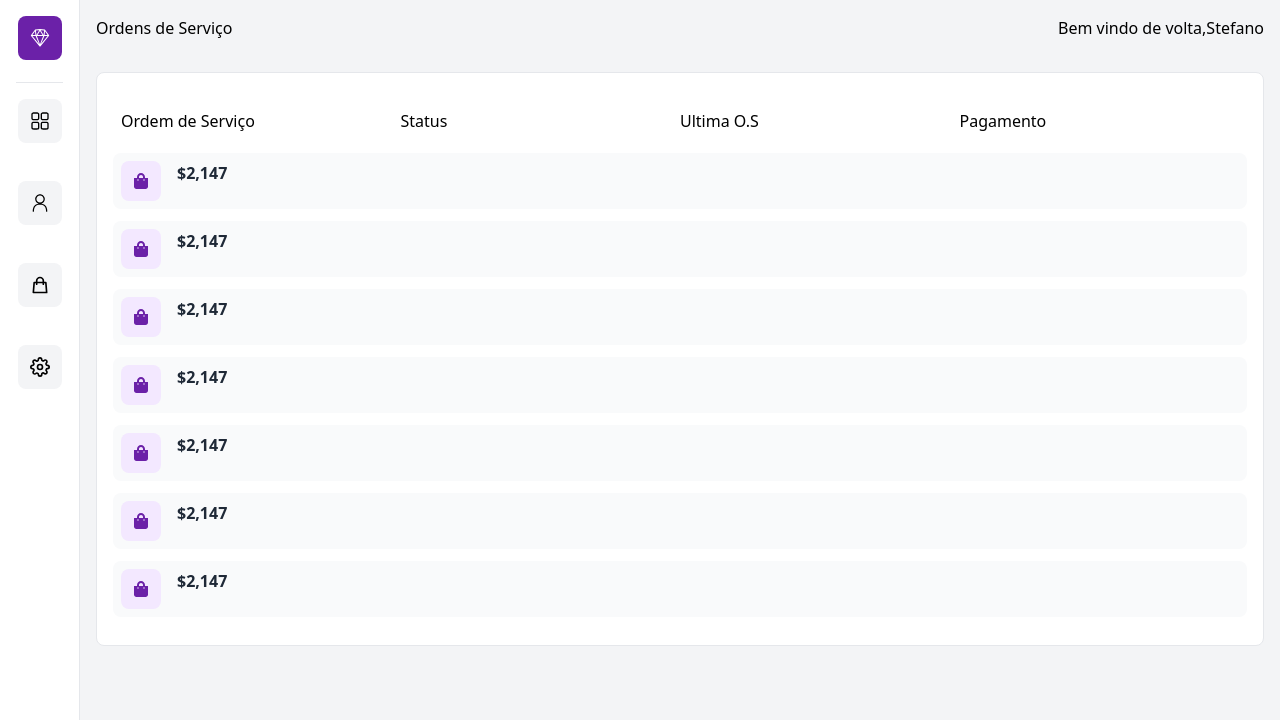
Repository: stefanosousaa/dashboard-next13
Page: /orders
These files come from the project's save history. The page is drawn as it stood at one moment and after the next save; the edit follows.
The browser window is 1280 px wide. The pictures show the whole page.
The project was rebuilt for these pictures with package versions that can differ from the ones it lists, and the page was loaded fresh each time. The framework's server and built-in components were replaced by stand-ins that run in the browser. Also part of the build but not shown: next.config.js.

Above is the page before, as saved 2023-05-18 18:32:03.

### pages/_app.js
import Sidebar from '@/components/Sidebar'
import '@/styles/globals.css'

export default function App({ Component, pageProps }) {
  return (
    <Sidebar>
        <Component {...pageProps} />
    </Sidebar>

  )
}

### pages/orders.jsx
import React from 'react'
import { FaShoppingBag } from 'react-icons/fa'
import {data} from '../data/data.js'

const orders = () => {
  return (
    <div className='bg-gray-100 min-h-screen'>
        <div className='flex justify-between p-4'>
            <h2>Ordens de Serviço</h2>
            <h2>Bem vindo de volta,Stefano</h2>
        </div>
        <div className='p-4'>
            <div className='w-full m-auto p-4 border rounded-lg bg-white overflow-y-auto'>
              <div className='my-3 p-2 grid md:grid-cols-4 sm:grid-cols-3 grid-cols-2 items-center justify-between cursor-pointer'>
                <span>Ordem de Serviço</span>
                <span className='sm:text-left text-right'>Status</span>
                <span className='hidden md:grid'>Ultima O.S</span>
                <span className='hidden sm:grid'>Pagamento</span>
              </div>
              <ul>
                {data.map((order,id) => (
                    <li key={id} className='bg-gray-50 hover:bg-gray-100 rounded-lg my-3 p-2 grid md:grid-cols-4 sm:grid-cols-3 grid-cols-2 items-center justify-between cursor-pointer'>
                      <div className='flex'>
                          <div className='bg-purple-100 p-3 rounded-lg'>
                             <FaShoppingBag className='text-purple-800'/>
                           </div>
                        <div className='pl-4'>
                            <p className='text-gray-800 font-bold'>${order.total.toLocaleString()}</p>
                        </div>
                        </div>


                    </li>
                ))}
              </ul>
            </div>
        </div>
    </div>
  )
}

export default orders

### components/Sidebar.jsx
import Link from 'next/link'
import Image from 'next/image'
import React from 'react'
import {RxSketchLogo,RxDashboard, RxPerson} from 'react-icons/rx'
import {FiSettings} from 'react-icons/fi'
import {HiOutlineShoppingBag} from 'react-icons/hi'

const Sidebar = ({children}) => {
  return (
    <div className='flex'>
        <div className='fixed w-20 h-screen p-4 bg-white border-r-[1px] flex flex-col justify-between'>
        <div className='flex flex-col items-center'>

          <Link href='/'>
            <div className='bg-purple-800 text-white p-3 rounded-lg inline-block'>
              <RxSketchLogo size={20}/>
            </div>
          </Link>
          <span className='border-b-[1px] border-gray-200 w-full p-2'></span>
          <Link href='/'>
            <div className='bg-gray-100 hover:bg-gray-200 cursor-pointer my-4 p-3 rounded-lg inline-block'>
              <RxDashboard size={20}/>
            </div>
          </Link>
          <Link href='/costumers'>
            <div className='bg-gray-100 hover:bg-gray-200 cursor-pointer my-4 p-3 rounded-lg inline-block'>
              <RxPerson size={20}/>
            </div>
          </Link>
          <Link href='/orders'>
            <div className='bg-gray-100 hover:bg-gray-200 cursor-pointer my-4 p-3 rounded-lg inline-block'>
              <HiOutlineShoppingBag size={20}/>
            </div>
          </Link>
          <Link href='/'>
            <div className='bg-gray-100 hover:bg-gray-200 cursor-pointer my-4 p-3 rounded-lg inline-block'>
              <FiSettings size={20}/>
            </div>
          </Link>
        </div>
        </div>

        <main className='ml-20 w-full'>{children}</main>
    </div>
  )
}

export default Sidebar

### data/data.js
export const data = [
    {
        id:1,
        name: {
            first: 'Stefano',
            last: 'Sousa',
        },
        total: 2147.00,
        status: 'On Hold',
        method: 'PayPal',
        date: '15 minutos atrás',
    },
    {
        id:2,
        name: {
            first: 'Stefano',
            last: 'Sousa',
        },
        total: 2147.00,
        status: 'On Hold',
        method: 'PayPal',
        date: '15 minutos atrás',
    },
    {
        id:3,
        name: {
            first: 'Stefano',
            last: 'Sousa',
        },
        total: 2147.00,
        status: 'On Hold',
        method: 'PayPal',
        date: '15 minutos atrás',
    },
    {
        id:4,
        name: {
            first: 'Stefano',
            last: 'Sousa',
        },
        total: 2147.00,
        status: 'On Hold',
        method: 'PayPal',
        date: '15 minutos atrás',
    },
    {
        id:5,
        name: {
            first: 'Stefano',
            last: 'Sousa',
        },
        total: 2147.00,
        status: 'On Hold',
        method: 'PayPal',
        date: '15 minutos atrás',
    },
    {
        id:6,
        name: {
            first: 'Stefano',
            last: 'Sousa',
        },
        total: 2147.00,
        status: 'On Hold',
        method: 'PayPal',
        date: '15 minutos atrás',
    },
    {
        id:7,
        name: {
            first: 'Stefano',
            last: 'Sousa',
        },
        total: 2147.00,
        status: 'On Hold',
        method: 'PayPal',
        date: '15 minutos atrás',
    },
]

Loaded but not shown: pages/_document.js (common file); styles/globals.css (common file); tailwind.config.js (common file)

After the next save:
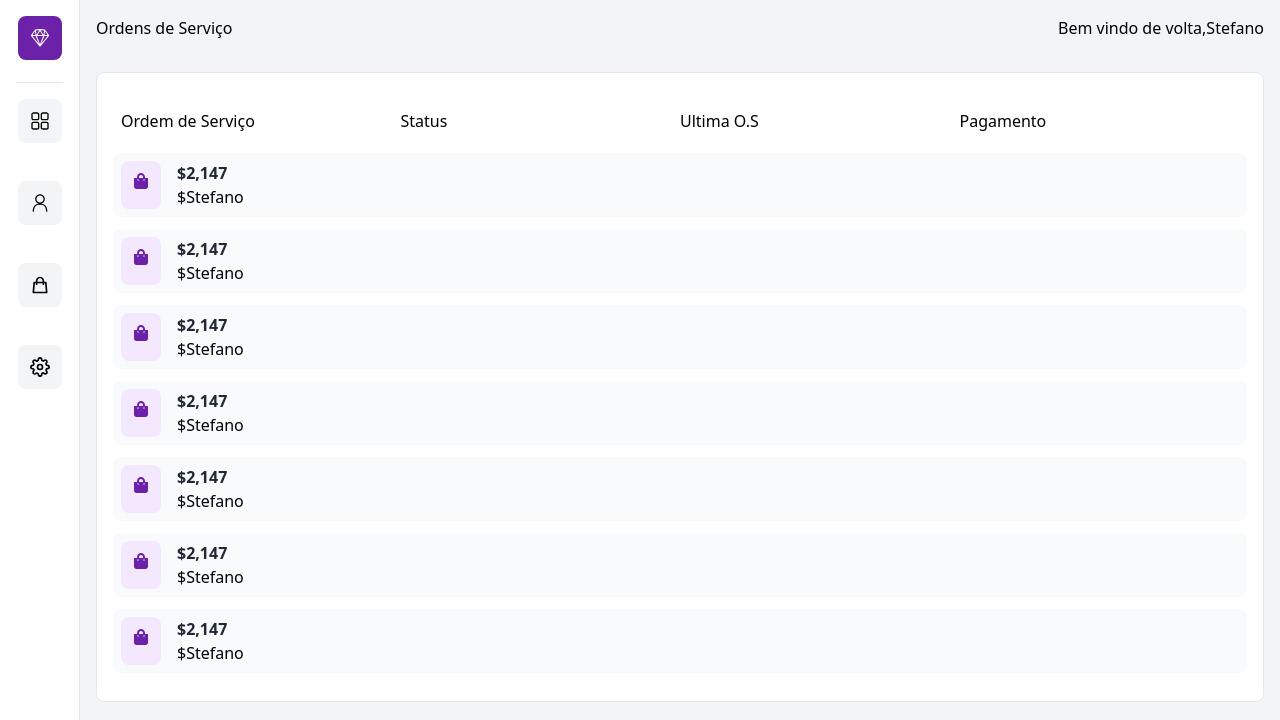
Saved 51 s later.
--- a/pages/orders.jsx
+++ b/pages/orders.jsx
@@ -26,6 +26,7 @@ const orders = () => {
                            </div>
                         <div className='pl-4'>
                             <p className='text-gray-800 font-bold'>${order.total.toLocaleString()}</p>
+                            <p>${order.name.first}</p>
                         </div>
                         </div>
 
